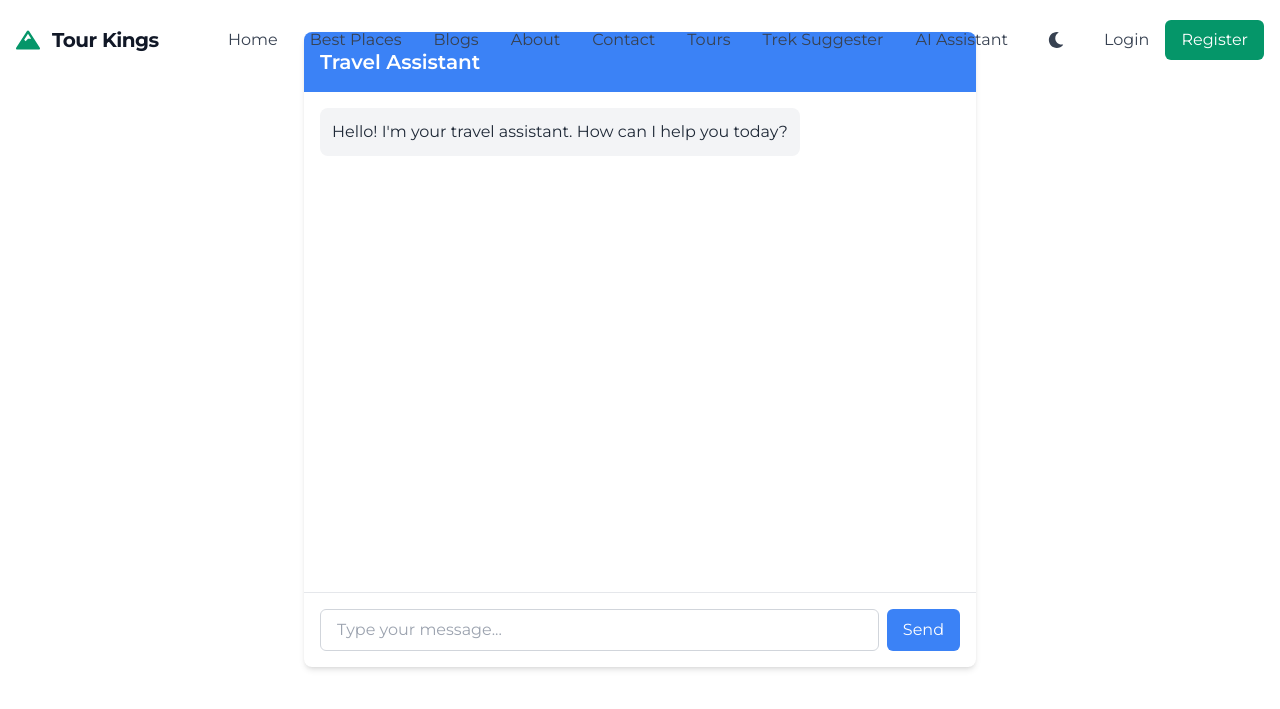
Repository: OnlyAmFo/TourMain
Page: /chatbot (app in Frontend/)
The author's editor kept a copy of each file at every save. The page is drawn from the files as they stood at one save, then again after the next save.
The browser window is 1280 px wide. The pictures show the whole page.
The project was rebuilt for these pictures with package versions that can differ from the ones it lists, and the page was loaded fresh each time. Also part of the build but not shown: Frontend/vite.config.js, Frontend/src/utils/notifications.js, Frontend/src/components/Auth/Login.jsx, Frontend/src/components/Auth/Register.jsx, Frontend/src/components/Footer/Footer.jsx, Frontend/src/pages/Layout.jsx, Frontend/src/pages/Dashboard/Admin/AdminLayout.jsx, Frontend/src/pages/Home.jsx and 38 more. Imported but missing from the stored project, and not drawn on this page: Frontend/src/assets/video/main.mp4.

Above is the page before, as saved 2025-04-17 19:17:19.

After the next save:
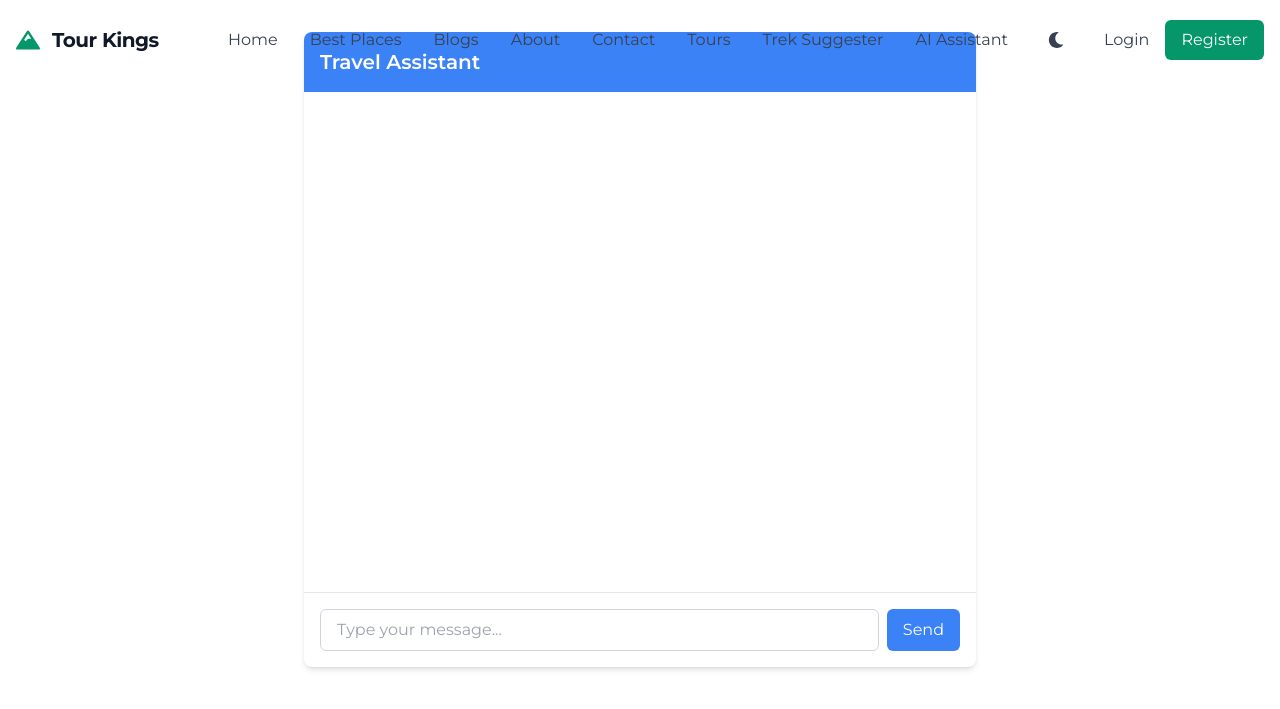
Saved 55 s later.
--- a/Frontend/src/components/AI/Chatbot.jsx
+++ b/Frontend/src/components/AI/Chatbot.jsx
@@ -3,12 +3,7 @@ import axios from "axios";
 import { toast } from "react-toastify";
 
 const Chatbot = () => {
-  const [messages, setMessages] = useState([
-    {
-      role: "assistant",
-      content: "Hello! I'm your travel assistant. How can I help you today?",
-    },
-  ]);
+  const [messages, setMessages] = useState([]);
   const [input, setInput] = useState("");
   const [loading, setLoading] = useState(false);
   const messagesEndRef = useRef(null);
@@ -27,7 +22,7 @@ const Chatbot = () => {
 
     const userMessage = input.trim();
     setInput("");
-    setMessages((prev) => [...prev, { role: "user", content: userMessage }]);
+    setMessages((prev) => [...prev, { text: userMessage, sender: "user" }]);
     setLoading(true);
 
     try {
